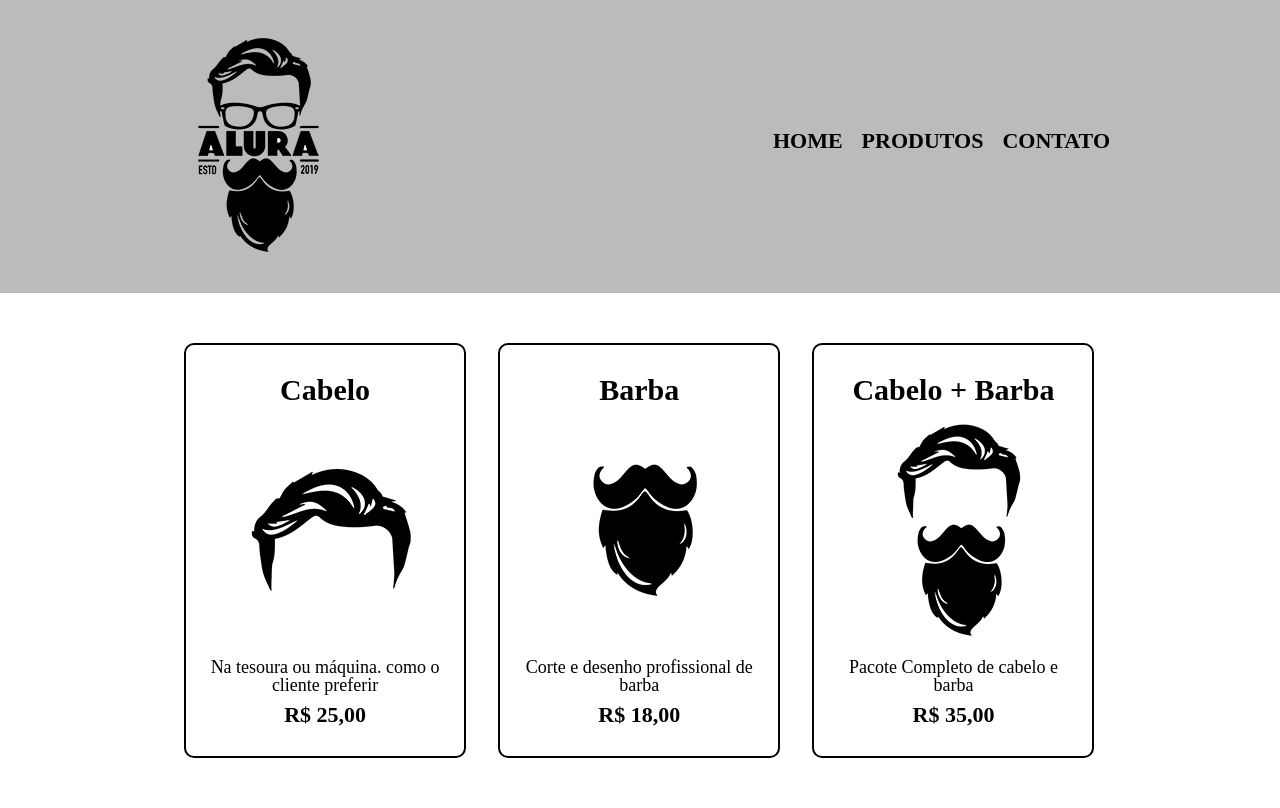
Repository: AnaBerlanda/AulaAlura
Page: produtos.html
An editor plug-in stored every save of this project. The page is shown before and after the next save, followed by the edit.
The browser window is 1280 px wide. The pictures show the whole page.
The pointer rests on the first visible `.produtos li`.

Above is the page before, as saved 2022-04-18 14:53:22.

### produtos.html
<!DOCTYPE html>
<html lang="pt-br">

<head>
    <meta charset="utf-8" />
    <title>Produtos - Barbearia Alura</title>
    <link type="text/css" rel="stylesheet" href="reset/reset.css">
    <link type="text/css" rel="stylesheet" href="produtos.css">

</head>
<body>
    <header>
        <div class="caixa">
            <h1><img src="imagem/logo.png"></h1>
            <nav>
                <ul>
                    <li><a href="index.html">Home</a></li>
                    <li><a href="produtos.html">Produtos</a></li>
                    <li><a href="contato.html">Contato</a></li>
                </ul>
            </nav>
        </div>
    </header>

    <main>
        <ul class="produtos">
            <li>
                <h2>Cabelo</h2>
                <img src="imagem/cabelo.jpg">
                <p class="produto-desc">Na tesoura ou máquina. como o cliente preferir</p>
                <p class="produto-preco">R$ 25,00</p>
            </li>
            <li><h2>Barba</h2>
                <img src="imagem/barba.jpg">
                <p class="produto-desc">Corte e desenho profissional de barba</p>
                <p class="produto-preco">R$ 18,00</p>
            </li>
            <li><h2>Cabelo + Barba</h2>
                <img src="imagem/cabelo+barba.jpg">
                <p class="produto-desc">Pacote Completo de cabelo e barba</p>
                <p class="produto-preco">R$ 35,00</p>
            </li>
        </ul>
    </main>



    </div>









    </header>

### produtos.css
header{
    background:#BBBBBB;
    padding: 20px 0;
}
.caixa{
    position: relative;
    width: 940px;
    margin: 0 auto;
}
nav{
    position:absolute;
    top: 110px;
    right: 0;
}
nav li{
    display: inline;
    margin: 0 0 0 15px;
}
nav a{
    text-transform: uppercase;
    color: #000000;
    font-weight: bold;
    font-size: 22px;
    text-decoration: none;
}
nav a:hover{
    color: #c78c19;
    text-decoration: underline;
}
.produtos{
    width: 940px ;
    margin: 0 auto ;
    padding: 50px 0 ;
}
.produtos li{
    display: inline-block;
    text-align: center;
    width: 30%;
    vertical-align: top;
    margin: 0 1.5%;
    padding: 30px 20px;
    box-sizing: border-box;
    border: 2px solid black;
    border-radius: 10px;
}
.produtos h2{
    font-size: 30px;
    font-weight: bold;
}
.produto-preco{
    font-size: 22px;
    font-weight: bold;
    margin-top: 10px;
}
.produto-desc{
    font-size: 18px;
}

Loaded but not shown: reset/reset.css (common file)

After the next save:
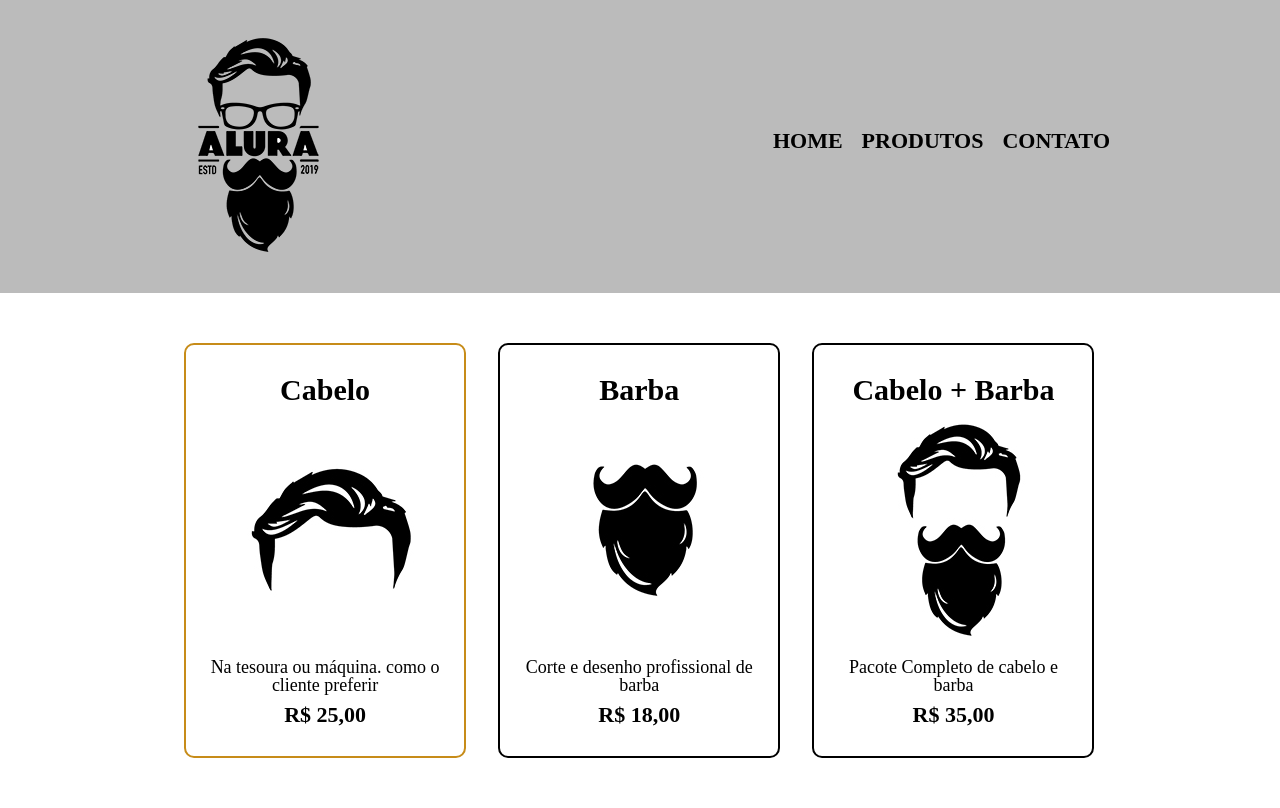
Saved 3 min 27 s later.
--- a/produtos.css
+++ b/produtos.css
@@ -55,3 +55,6 @@ nav a:hover{
 .produto-desc{
     font-size: 18px;
 }
+.produtos li:hover{
+    border-color: #c78c19;
+}
